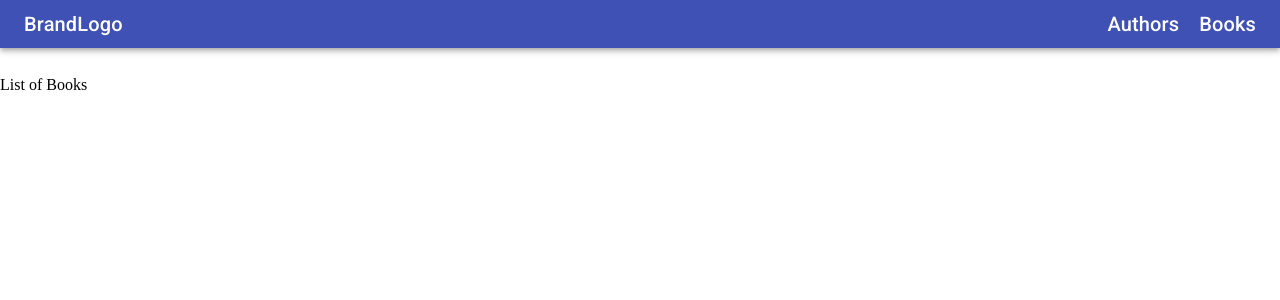
Repository: Sociophuck/00007494
Page: /books (app in front/)
The author's editor kept a copy of each file at every save. The page is drawn from the files as they stood at one save, then again after the next save.
The browser window is 1280 px wide. The pictures show the whole page.
The project was rebuilt for these pictures with package versions that can differ from the ones it lists, and the page was loaded fresh each time. Also part of the build but not shown: front/src/Author.js, front/src/Home.js, front/src/AuthorDetails.js.

Above is the page before, as saved 2021-04-04 15:40:37.

After the next save:
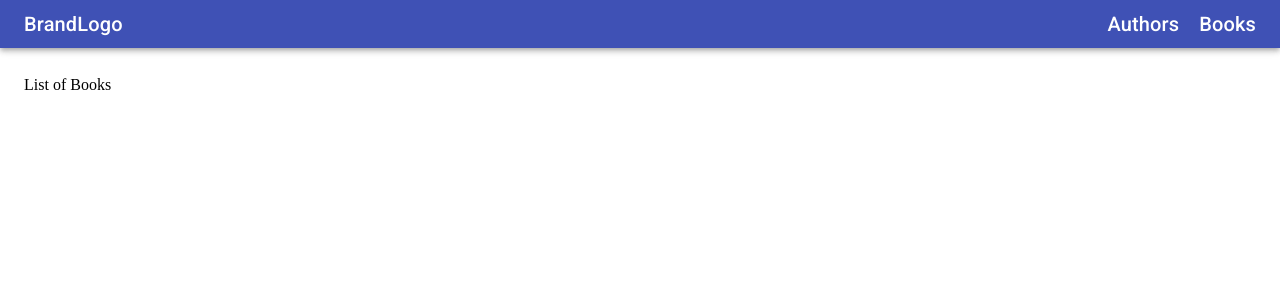
Saved 23 s later.
--- a/front/src/Book.js
+++ b/front/src/Book.js
@@ -1,5 +1,7 @@
+import { Container } from "@material-ui/core";
+
 function Book() {
-  return <div>List of Books</div>;
+  return <Container>List of Books</Container>;
 }
 
 export default Book;
